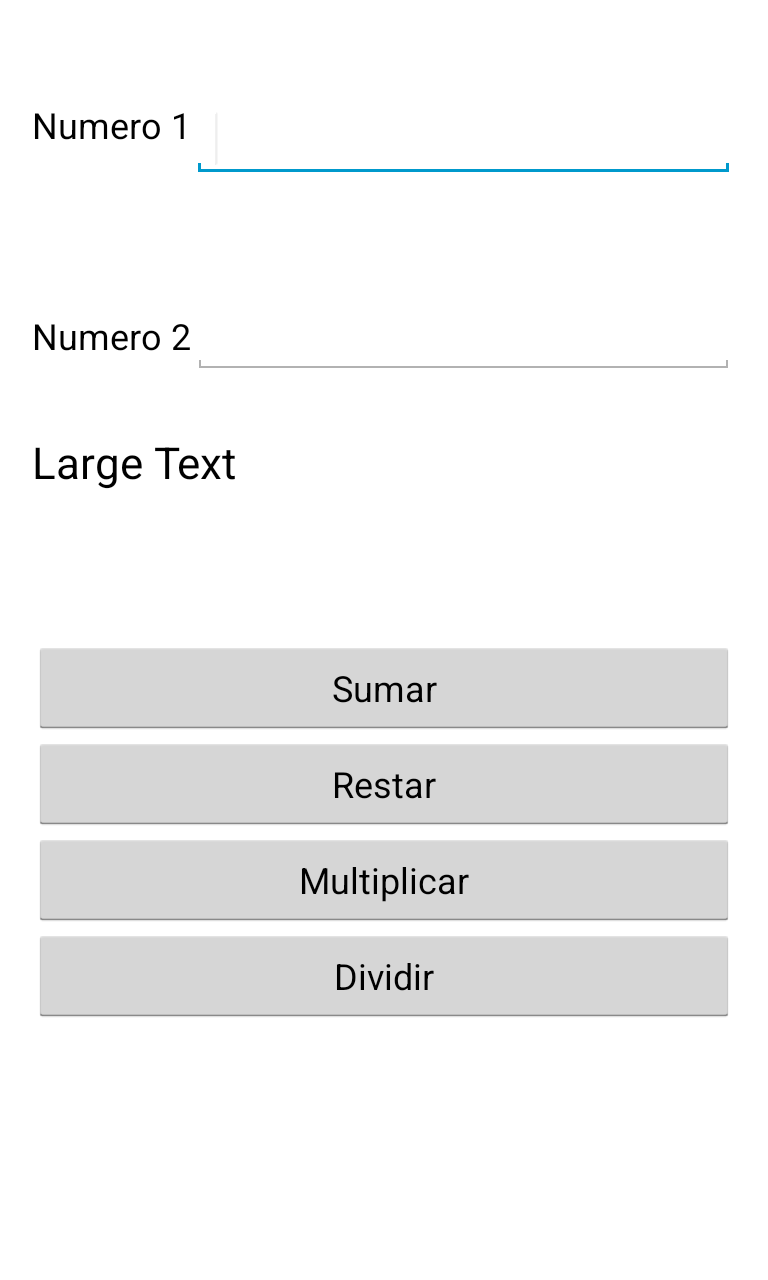
Repository: evervasquez/CursoAndroid
Layout: Precalculadora/res/layout/fragment_main.xml
The author's editor kept a copy of each file at every save. The layout is drawn from the files as they stood at one save, then again after the next save.
It is drawn on a 768 x 1280 px phone screen (xhdpi) without system bars, with theme AppTheme; the app's code is not run.

Above is the layout before, as saved 2014-04-29 03:41:40.

### Precalculadora/res/layout/fragment_main.xml
<LinearLayout xmlns:android="http://schemas.android.com/apk/res/android"
    xmlns:tools="http://schemas.android.com/tools"
    android:layout_width="match_parent"
    android:layout_height="match_parent"
    android:paddingBottom="@dimen/activity_vertical_margin"
    android:paddingLeft="@dimen/activity_horizontal_margin"
    android:paddingRight="@dimen/activity_horizontal_margin"
    android:paddingTop="@dimen/activity_vertical_margin"
    android:orientation="vertical"
    tools:context="com.android.precalculadora.MainActivity$PlaceholderFragment" >

    <RelativeLayout
        android:id="@+id/liner1"
        android:layout_width="fill_parent"
        android:layout_height="0dp"
        android:layout_weight="1"
        android:orientation="horizontal" >

        <EditText
            android:id="@+id/editText1"
            android:layout_width="wrap_content"
            android:layout_height="wrap_content"
            android:layout_alignParentRight="true"
            android:layout_alignTop="@+id/textView1"
            android:layout_toRightOf="@+id/textView1"
            android:ems="10"
            android:inputType="numberDecimal" >

            <requestFocus />
        </EditText>

        <TextView
            android:id="@+id/textView1"
            android:layout_width="wrap_content"
            android:layout_height="wrap_content"
            android:layout_alignParentLeft="true"
            android:layout_alignParentTop="true"
            android:layout_marginTop="34dp"
            android:text="@string/txt_num1"
            android:textAppearance="?android:attr/textAppearanceMedium" />

        <TextView
            android:id="@+id/textView2"
            android:layout_width="wrap_content"
            android:layout_height="wrap_content"
            android:layout_alignParentLeft="true"
            android:layout_centerVertical="true"
            android:text="@string/txt_num2"
            android:textAppearance="?android:attr/textAppearanceMedium" />

        <EditText
            android:id="@+id/editText2"
            android:layout_width="wrap_content"
            android:layout_height="wrap_content"
            android:layout_alignBaseline="@+id/textView2"
            android:layout_alignBottom="@+id/textView2"
            android:layout_alignLeft="@+id/editText1"
            android:layout_alignParentRight="true"
            android:ems="10"
            android:inputType="numberDecimal" />

        <TextView
            android:id="@+id/textView3"
            android:layout_width="fill_parent"
            android:layout_height="wrap_content"
            android:layout_below="@+id/editText2"
            android:layout_centerHorizontal="true"
            android:layout_marginTop="28dp"
            android:text="Large Text"
            android:textAppearance="?android:attr/textAppearanceLarge" />

    </RelativeLayout>

	<LinearLayout
	    android:id="@+id/liner2"
	    android:layout_width="fill_parent"
	    android:layout_height="0dp"
	    android:layout_weight="1"
	    android:orientation="vertical" >

		<Button
		    android:id="@+id/btn_suma"
		    android:layout_width="fill_parent"
		    android:layout_height="wrap_content"
		    android:text="@string/txt_suma" />

		<Button
		    android:id="@+id/btn_resta"
		    android:layout_width="fill_parent"
		    android:layout_height="wrap_content"
		    android:text="@string/txt_resta" />

		<Button
		    android:id="@+id/btn_multi"
		    android:layout_width="fill_parent"
		    android:layout_height="wrap_content"
		    android:text="@string/txt_multiplicacion" />

		<Button
		    android:id="@+id/btn_dividir"
		    android:layout_width="fill_parent"
		    android:layout_height="wrap_content"
		    android:text="@string/txt_dividir" />

	</LinearLayout>

</LinearLayout>

### Precalculadora/res/values/strings.xml
<?xml version="1.0" encoding="utf-8"?>
<resources>

    <string name="app_name">Precalculadora</string>
    <string name="hello_world">Hello world!</string>
    <string name="action_settings">Settings</string>
    <string name="txt_num1">Numero 1</string>
    <string name="txt_num2">Numero 2</string>
    <string name="txt_suma">Sumar</string>
    <string name="txt_resta">Restar</string>
    <string name="txt_multiplicacion">Multiplicar</string>
    <string name="txt_dividir">Dividir</string>

</resources>

Loaded but not shown: Precalculadora/res/values/styles.xml (common file); Precalculadora/res/values-v11/styles.xml (common file); Precalculadora/res/values-v14/styles.xml (common file); Precalculadora/res/values/dimens.xml (common file); Precalculadora/res/values-w820dp/dimens.xml (common file)

After the next save:
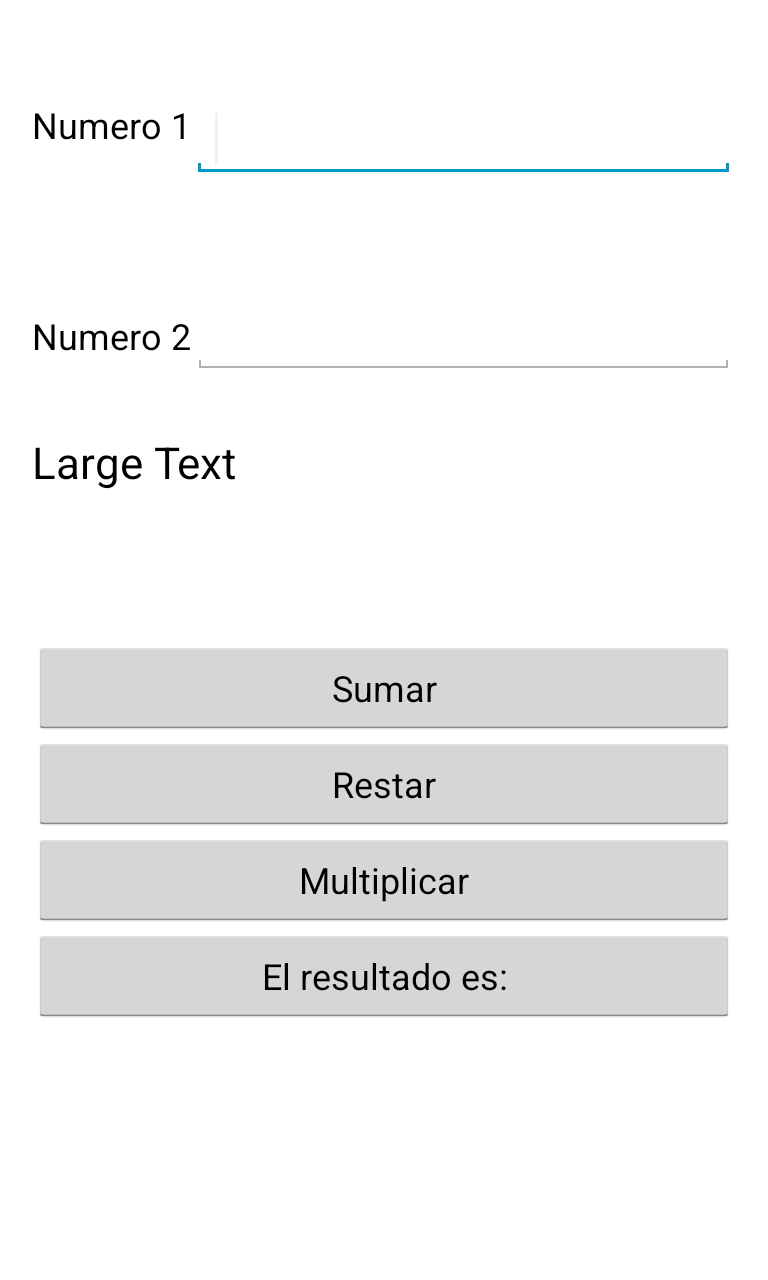
Saved 21 s later.
--- a/Precalculadora/res/values/strings.xml
+++ b/Precalculadora/res/values/strings.xml
@@ -10,5 +10,6 @@
     <string name="txt_resta">Restar</string>
     <string name="txt_multiplicacion">Multiplicar</string>
     <string name="txt_dividir">Dividir</string>
+    <string name="txt_dividir">El resultado es:</string>
 
 </resources>

After the save that followed:
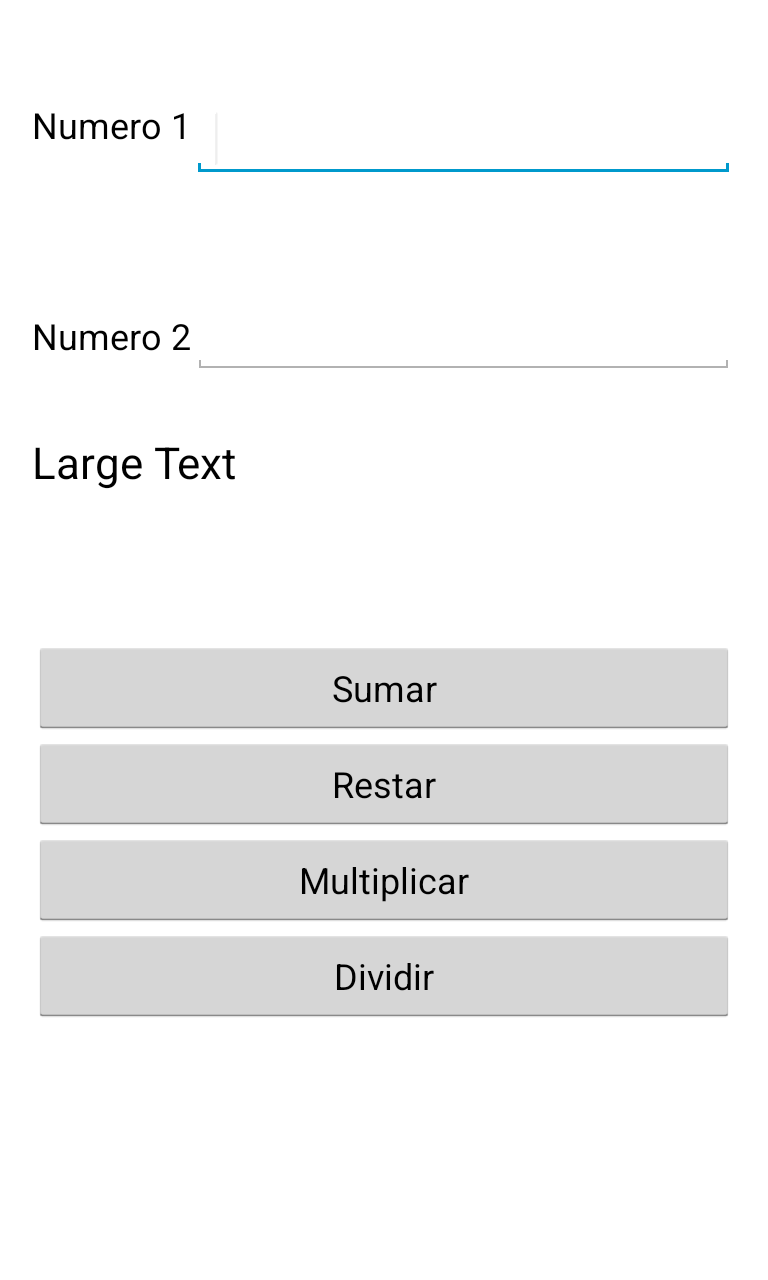
Saved 6 s later.
--- a/Precalculadora/res/values/strings.xml
+++ b/Precalculadora/res/values/strings.xml
@@ -10,6 +10,6 @@
     <string name="txt_resta">Restar</string>
     <string name="txt_multiplicacion">Multiplicar</string>
     <string name="txt_dividir">Dividir</string>
-    <string name="txt_dividir">El resultado es:</string>
+    <string name="txt_res">El resultado es:</string>
 
 </resources>
